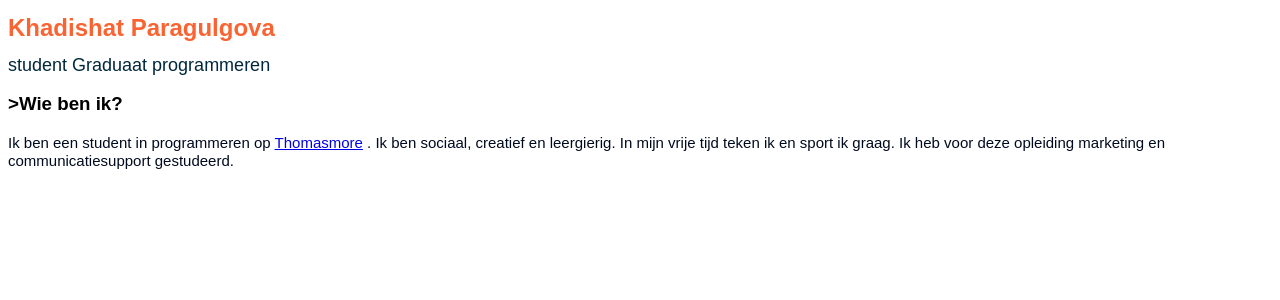
Repository: khadishat00/portfolio
Page: index.html
An editor plug-in stored every save of this project. The page is shown before and after the next save, followed by the edit.
The browser window is 1280 px wide. The pictures show the whole page.

Above is the page before, as saved 2026-09-24 14:32:43.

After the next save:
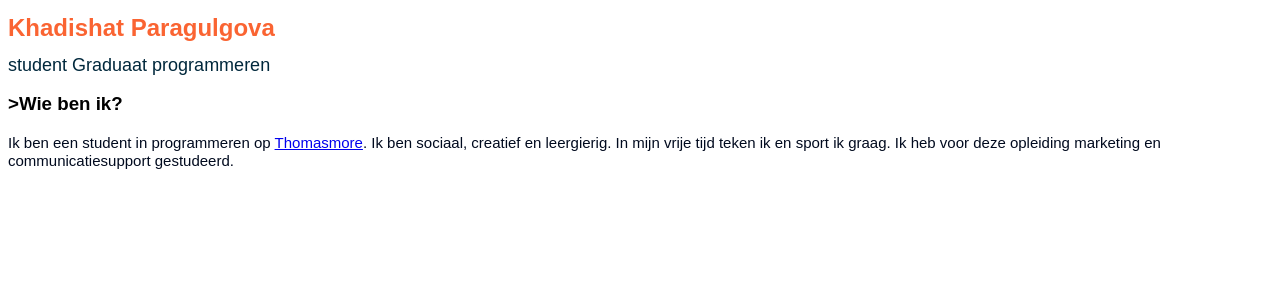
Saved 10 s later.
--- a/index.html
+++ b/index.html
@@ -36,7 +36,7 @@
     <h2>student Graduaat programmeren</h2>
     <h3>>Wie ben ik?</h3>
     <p>
-      Ik ben een student in programmeren op <a href="https://thomasmore.be/nl">Thomasmore</a> . Ik ben sociaal, creatief
+      Ik ben een student in programmeren op <a href="https://thomasmore.be/nl">Thomasmore</a>. Ik ben sociaal, creatief
       en leergierig. In mijn vrije tijd teken ik en sport ik graag. Ik heb voor
       deze opleiding marketing en communicatiesupport gestudeerd.
     </p>
